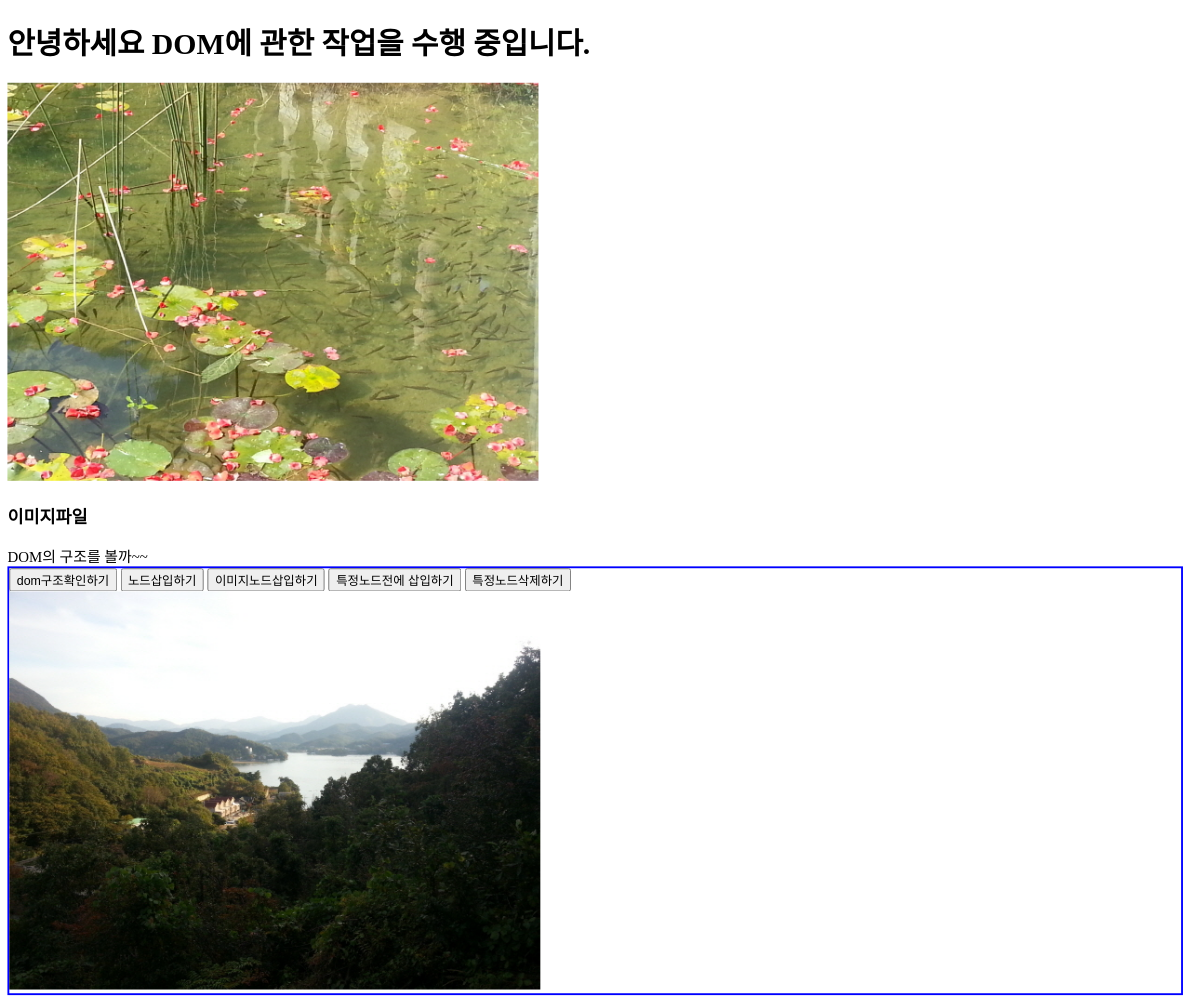
Repository: sonic247897/multicampus-web
Page: clientweb/WebContent/js_dom/js_basic_dom_imageinsert.html
The author's editor kept a copy of each file at every save. The page is drawn from the files as they stood at one save, then again after the next save.
The browser window is 1280 px wide. The pictures show the whole page, at 93% of full size.
After loading, the first visible `#imginsert` was clicked once.

Above is the page before, as saved 2020-01-10 02:21:30.

After the next save:
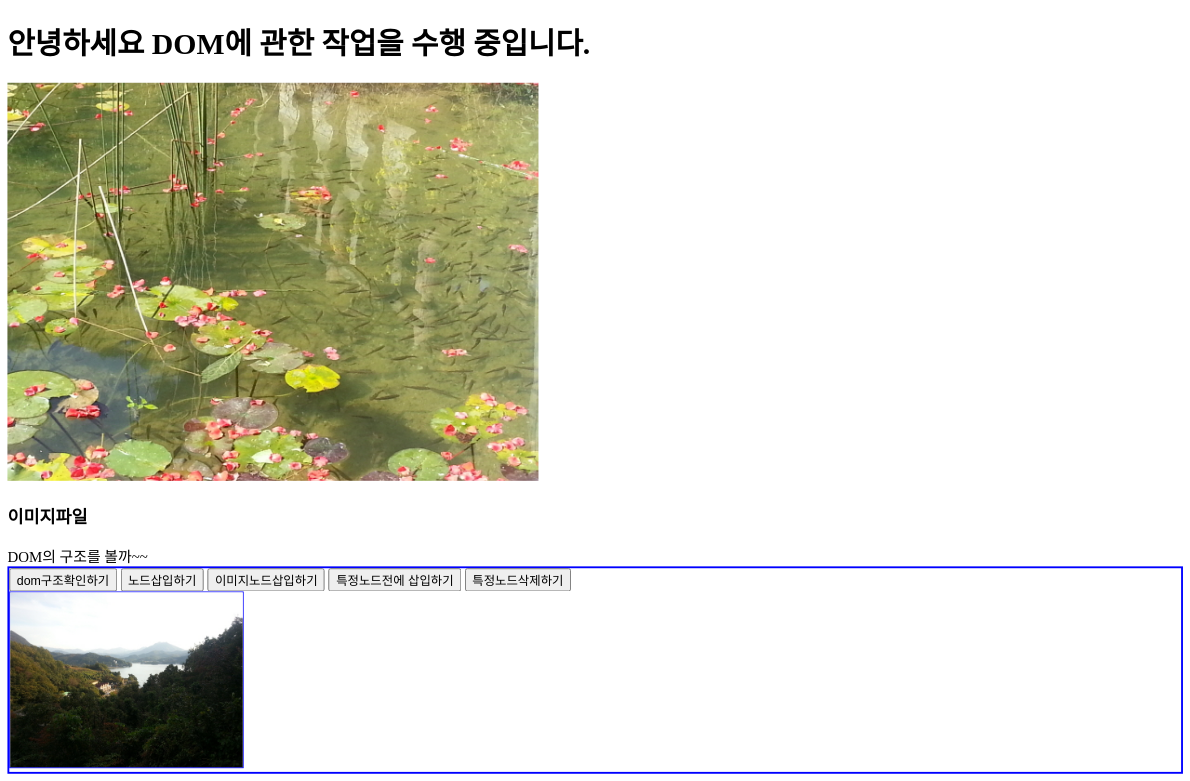
Saved 20 s later.
--- a/clientweb/WebContent/js_dom/js_basic_dom_imageinsert.html
+++ b/clientweb/WebContent/js_dom/js_basic_dom_imageinsert.html
@@ -12,7 +12,7 @@
 				//alert(newNode);
 				newNode.setAttribute("src", "../images/m_garden02.jpg");
 				// 동적제어는 코드 안에 넣어줘야 한다. (AJAX에서 다른방법이..?)
-				newNode.setAttribute("style",)
+				newNode.setAttribute("style", "border:solid 1px blue; width: 250px")
 
 				//2. targetNode 구하기
 				target = document.getElementById("domtestbtn");
